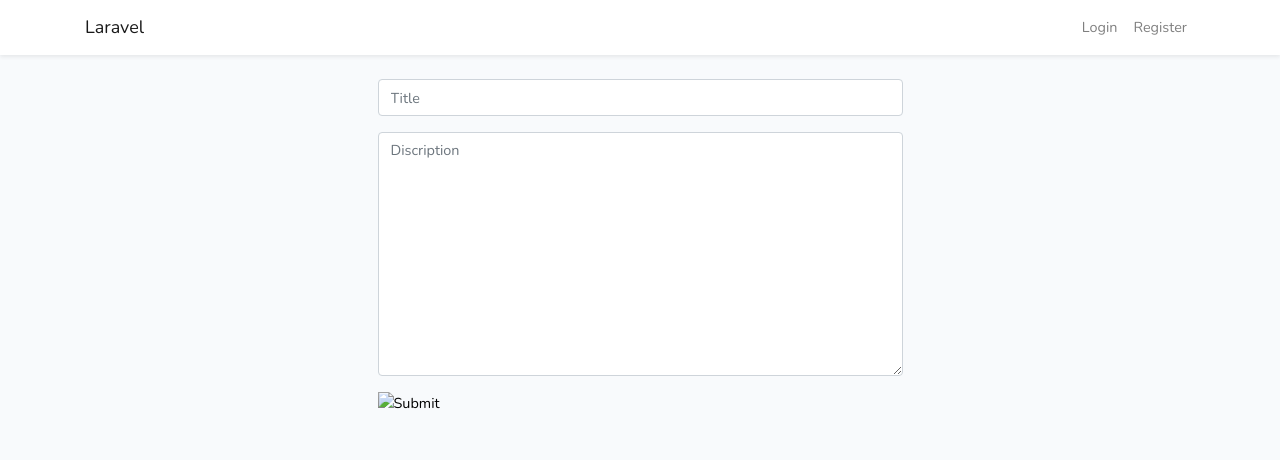
Repository: mohamedelbadawi/Simple-galley-using-laravel
Page: http://localhost/admin/albums/create
An editor plug-in stored every save of this project. The page is shown before and after a run of saves, followed by the edit.
The browser window is 1280 px wide. The pictures show the whole page.
The page is served by the project's Laravel application, run on PHP 8.4 with Laravel 8.

Above is the page before, as saved 2021-08-31 09:48:30.

After the next 2 saves:
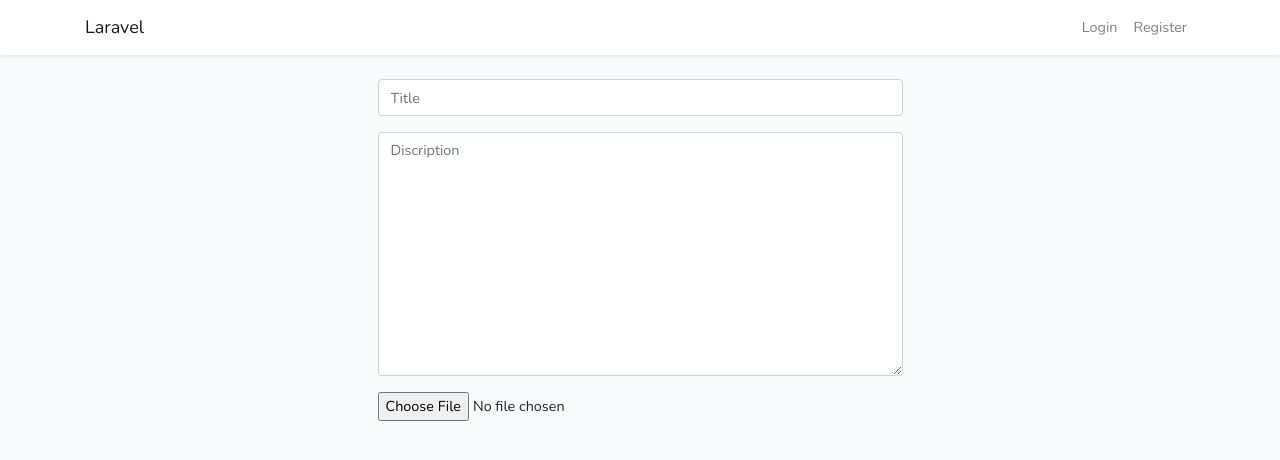
The 2 saves are shown as one change because they came seconds apart.
The last was saved 117 s later.
--- a/Gallery/resources/views/admin/albums/create.blade.php
+++ b/Gallery/resources/views/admin/albums/create.blade.php
@@ -11,7 +11,7 @@
                     placeholder="Discription"></textarea>
             </div>
             <div class="form-group">
-                <input type="image" src="">
+                <input type="file" src="">
             </div>
 
         </form>
